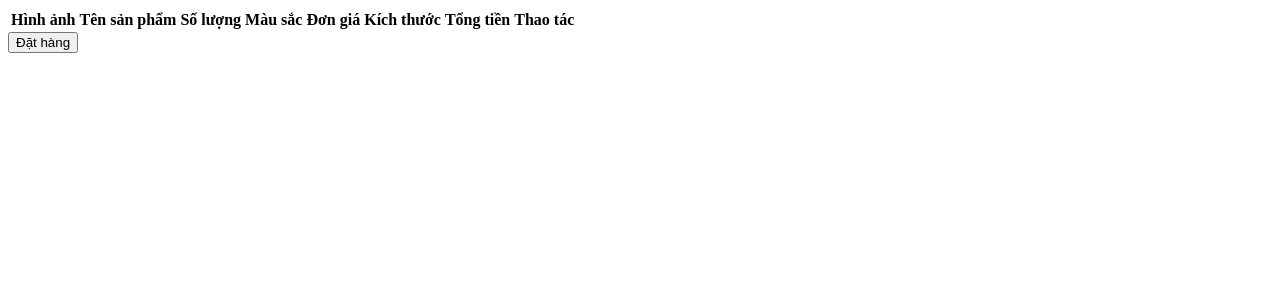
Repository: nvhct2002vn/Java4_asm.github.io
Page: http://localhost/HiennvPH13697_SOF3011_Assignment/views/admin/cart.jsp
An editor plug-in stored every save of this project. The page is shown before and after the next save, followed by the edit.
The browser window is 1280 px wide. The pictures show the whole page.
The page is served by Tomcat 9. The template is opened directly, without the code that normally fills it, so the values that code supplies are empty.

Above is the page before, as saved 2022-04-09 16:03:12.

After the next save:
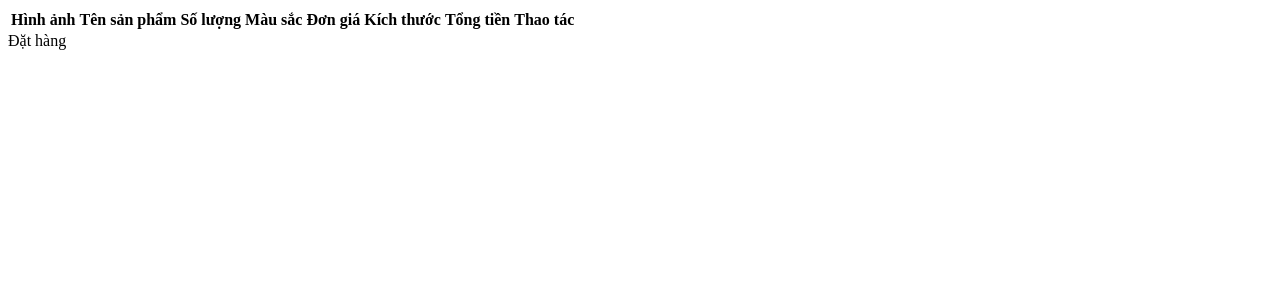
Saved 3 min 1 s later.
--- a/HiennvPH13697_SOF3011_Assignment/src/main/webapp/views/admin/cart.jsp
+++ b/HiennvPH13697_SOF3011_Assignment/src/main/webapp/views/admin/cart.jsp
@@ -65,7 +65,7 @@
 	</table>
 
 	<div>
-		<button>Đặt hàng</button>
+		<a class="btn btn-outline-sucess">Đặt hàng</a>
 	</div>
 
 </div>
